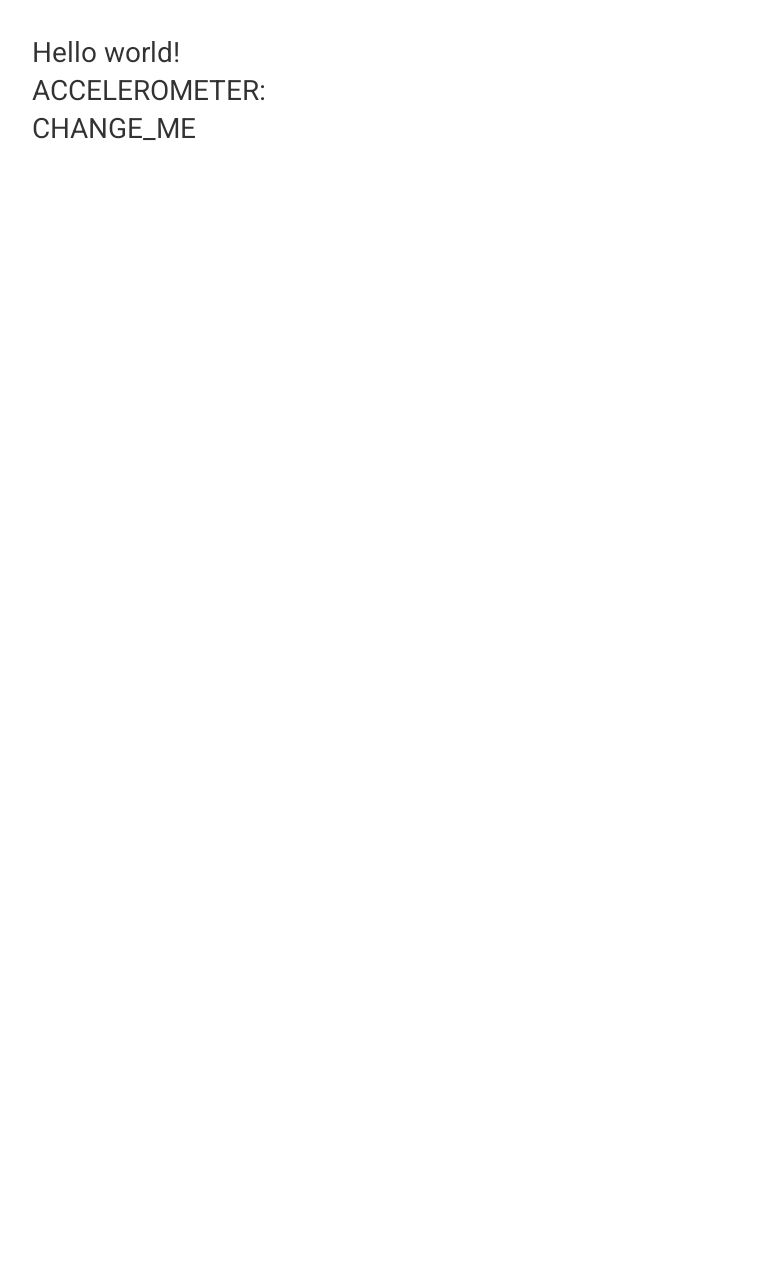
Repository: acrabb/soundcloudtest
Layout: HelloWorld/res/layout/activity_main.xml
The author's editor kept a copy of each file at every save. The layout is drawn from the files as they stood at one save, then again after a run of saves.
It is drawn on a 768 x 1280 px phone screen (xhdpi) without system bars, with theme AppTheme; the app's code is not run.

Above is the layout before, as saved 2013-10-07 08:59:08.

### HelloWorld/res/layout/activity_main.xml
<RelativeLayout xmlns:android="http://schemas.android.com/apk/res/android"
    xmlns:tools="http://schemas.android.com/tools"
    android:layout_width="match_parent"
    android:layout_height="match_parent"
    android:paddingBottom="@dimen/activity_vertical_margin"
    android:paddingLeft="@dimen/activity_horizontal_margin"
    android:paddingRight="@dimen/activity_horizontal_margin"
    android:paddingTop="@dimen/activity_vertical_margin"
    tools:context=".MainActivity" >

    <TextView
        android:id="@+id/hello"
        android:layout_width="wrap_content"
        android:layout_height="wrap_content"
        android:text="@string/hello_world" />
    <TextView
        android:id="@+id/accel_label"
        android:layout_width="wrap_content"
        android:layout_height="wrap_content"
        android:layout_below="@id/hello"
        android:text="ACCELEROMETER: " />
    <TextView
        android:id="@+id/accel_num"
        android:layout_width="wrap_content"
        android:layout_height="wrap_content"
        android:layout_below="@id/accel_label"
        android:text="CHANGE_ME" />
    <ScrollView
        android:id="@+id/list_thing"
        android:layout_width="wrap_content"
        android:layout_height="500dp"
        android:layout_below="@id/accel_num"
        android:background="#990000"
        >

    </ScrollView>

</RelativeLayout>

### HelloWorld/res/values/strings.xml
<?xml version="1.0" encoding="utf-8"?>
<resources>

    <string name="app_name">Hello World</string>
    <string name="action_settings">Settings</string>
    <string name="hello_world">Hello world!</string>

</resources>

Loaded but not shown: HelloWorld/res/values/styles.xml (common file); HelloWorld/res/values-v11/styles.xml (common file); HelloWorld/res/values-v14/styles.xml (common file); HelloWorld/res/values/dimens.xml (common file)

After the next 3 saves:
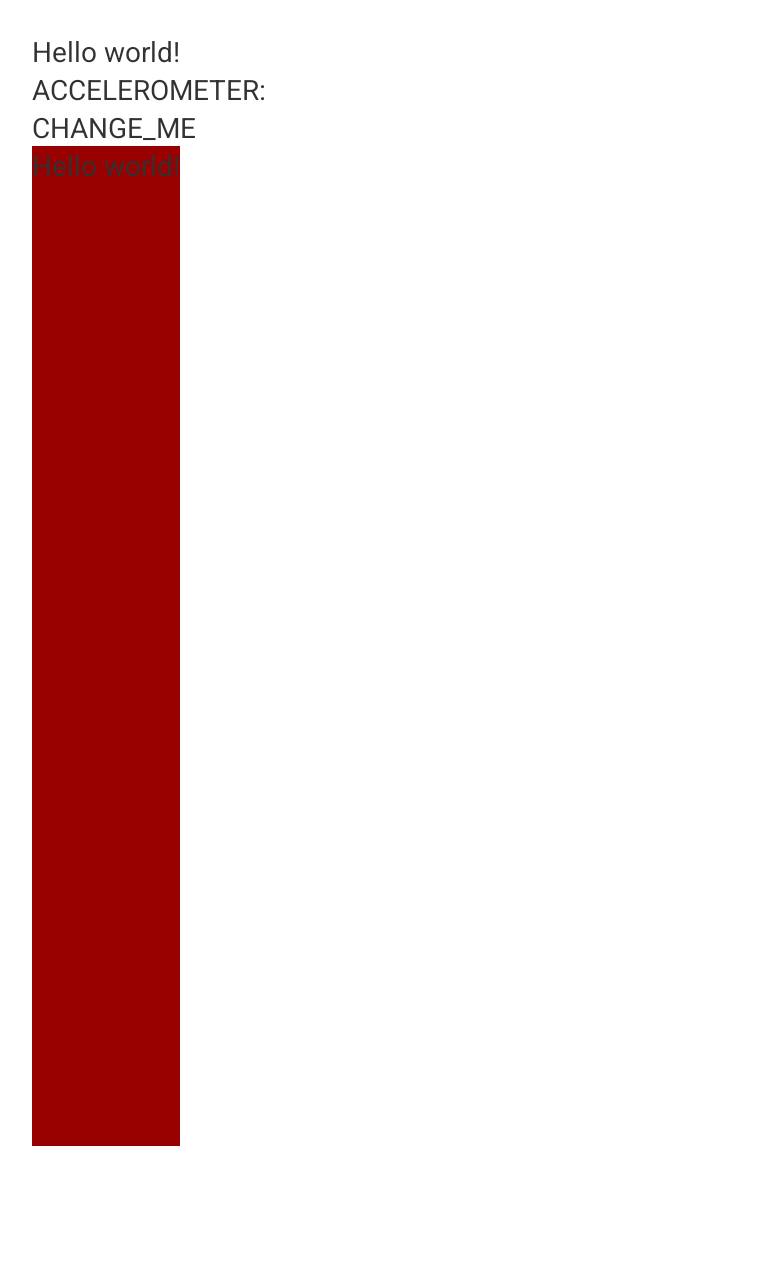
The 3 saves are shown as one change because 2 did not build or start.
The last was saved 97 s later.
--- a/HelloWorld/res/layout/activity_main.xml
+++ b/HelloWorld/res/layout/activity_main.xml
@@ -33,6 +33,11 @@
         android:background="#990000"
         >
 
+        <TextView
+	        android:layout_width="wrap_content"
+	        android:layout_height="wrap_content"
+	        android:text="@string/hello_world" />
+
     </ScrollView>
 
 </RelativeLayout>
